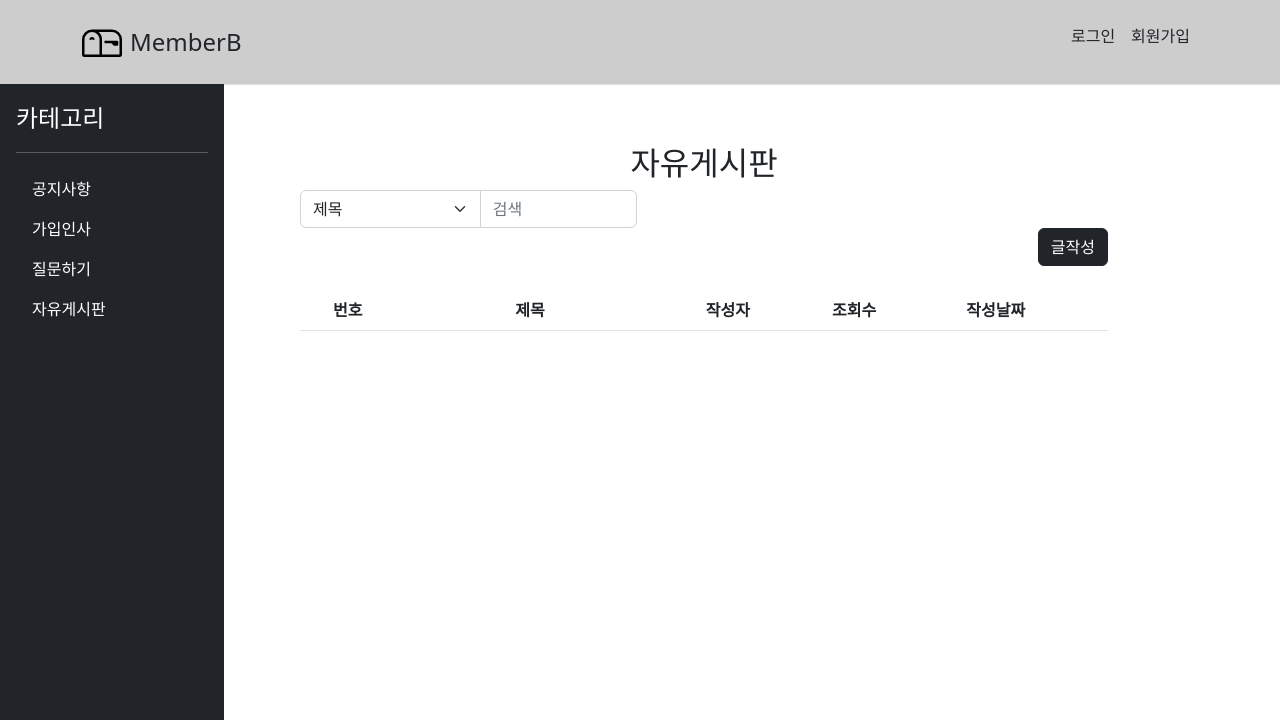
Repository: charmErin/board_220915
Page: http://localhost/board/WEB-INF/views/board/list.jsp
The author's editor kept a copy of each file at every save. The page is drawn from the files as they stood at one save, then again after the next save.
The browser window is 1280 px wide. The pictures show the whole page.
The page is served by Tomcat 9. Nobody is signed in. The template is opened directly, without the code that normally fills it, so the values that code supplies are empty.

Above is the page before, as saved 2022-09-16 08:42:54.

After the next save:
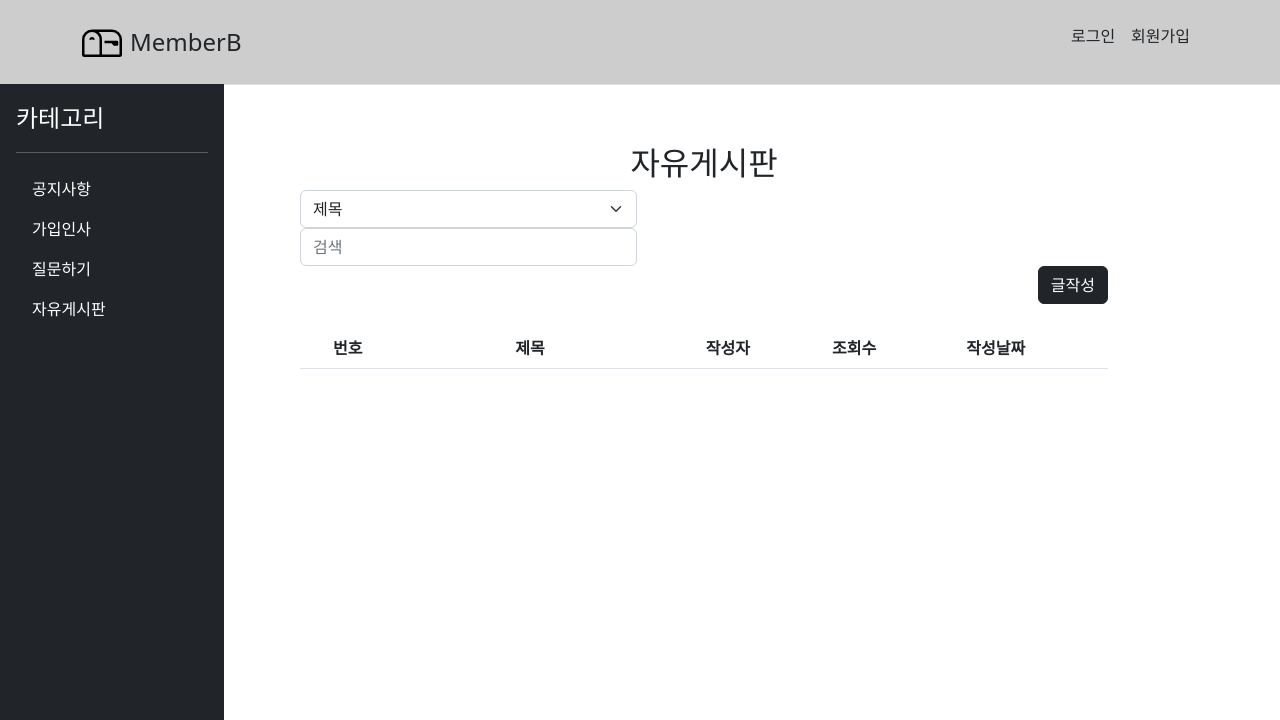
Saved 59 s later.
--- a/board/src/main/webapp/WEB-INF/views/board/list.jsp
+++ b/board/src/main/webapp/WEB-INF/views/board/list.jsp
@@ -59,14 +59,12 @@
 
 		<div class="col-5">
 			<form action="/board/search" method="get">
-				<div class="input-group">
-					<select class="form-select" name="searchType">
-						<option value="boardTitle">제목</option>
-						<option value="boardWriter">작성자</option>
-						<option value="boardContetns">내용</option>
-					</select>
-					<input class="form-control col-2" type="text" name="q" placeholder="검색" aria-label="Search">
-				</div>
+				<select class="form-select" name="searchType">
+					<option value="boardTitle">제목</option>
+					<option value="boardWriter">작성자</option>
+					<option value="boardContetns">내용</option>
+				</select>
+				<input class="form-control col-2" type="text" name="q" placeholder="검색" aria-label="Search">
 			</form>
 			</div>
 		<span class="d-grid gap-2 d-md-flex justify-content-md-end mb-4">
